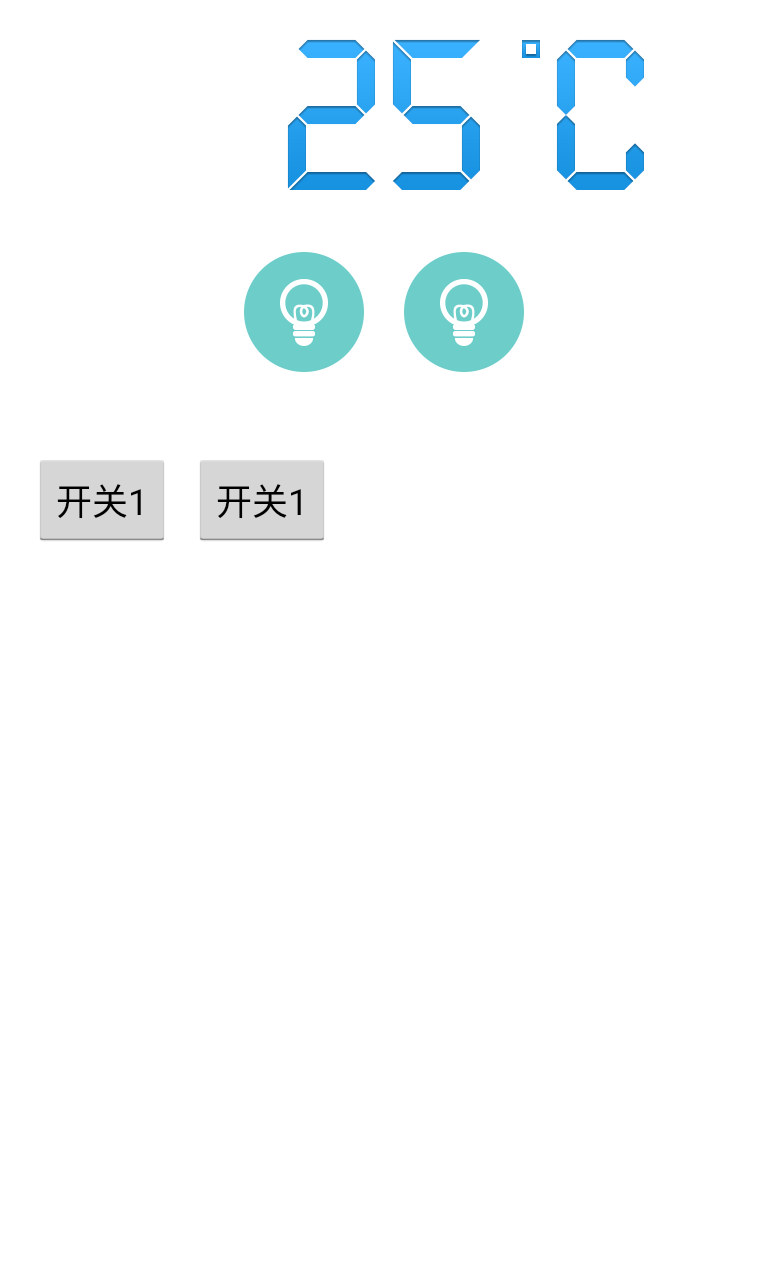
Repository: MyungSinKim/mqtt-demo
Layout: cloud2-demo/res/layout/main.xml
These files come from the project's save history. The layout is drawn as it stood at one moment and after the next save; the edit follows.
It is drawn on a 768 x 1280 px phone screen (xhdpi) without system bars, with theme AppTheme; the app's code is not run.

Above is the layout before, as saved 2015-11-02 05:28:07.

### cloud2-demo/res/layout/main.xml
<RelativeLayout xmlns:android="http://schemas.android.com/apk/res/android"
    android:layout_width="match_parent"
    android:layout_height="match_parent"
    android:layout_gravity="center_horizontal"
    android:paddingBottom="@dimen/activity_vertical_margin"
    android:paddingLeft="@dimen/activity_horizontal_margin"
    android:paddingRight="@dimen/activity_horizontal_margin"
    android:paddingTop="@dimen/activity_vertical_margin" >

    <RelativeLayout
        android:id="@+id/rl1"
        android:layout_width="match_parent"
        android:layout_height="100dp" >

        <ImageView
            android:id="@+id/temperture_iv"
            android:layout_width="wrap_content"
            android:layout_height="wrap_content"
            android:layout_centerHorizontal="true"
            android:background="@drawable/num_25" />

        <ImageView
            android:id="@+id/temperture_unit_iv"
            android:layout_width="wrap_content"
            android:layout_height="wrap_content"
            android:layout_marginLeft="10dp"
            android:layout_toRightOf="@id/temperture_iv"
            android:background="@drawable/air_du" />
    </RelativeLayout>

    <RelativeLayout
        android:id="@+id/rl2"
        android:layout_width="wrap_content"
        android:layout_height="100dp"
        android:layout_below="@+id/rl1"
        android:layout_centerInParent="true" >

        <ImageView
            android:id="@+id/light_1_iv"
            android:layout_width="wrap_content"
            android:layout_height="wrap_content"
            android:layout_marginTop="10dp"
            android:background="@drawable/light_off"
            android:tag="off" />

        <ImageView
            android:id="@+id/light_2_iv"
            android:layout_width="wrap_content"
            android:layout_height="wrap_content"
            android:layout_alignTop="@+id/light_1_iv"
            android:layout_marginLeft="20dp"
            android:layout_toRightOf="@id/light_1_iv"
            android:background="@drawable/light_off"
            android:tag="off" />
    </RelativeLayout>

    <Button
        android:id="@+id/imageButton1"
        android:layout_width="wrap_content"
        android:layout_height="wrap_content"
        android:layout_below="@+id/rl2"
        android:layout_marginTop="10dp"
        android:text="开关1" />

    <Button
        android:id="@+id/imageButton2"
        android:layout_width="wrap_content"
        android:layout_height="wrap_content"
        android:layout_alignTop="@+id/imageButton1"
        android:layout_below="@+id/rl2"
        android:layout_marginLeft="10dp"
        android:layout_toRightOf="@id/imageButton1"
        android:text="开关1" />

</RelativeLayout>

Loaded but not shown: cloud2-demo/res/values/styles.xml (common file); cloud2-demo/res/values-v11/styles.xml (common file); cloud2-demo/res/values-v14/styles.xml (common file); cloud2-demo/res/values/dimens.xml (common file)

After the next save:
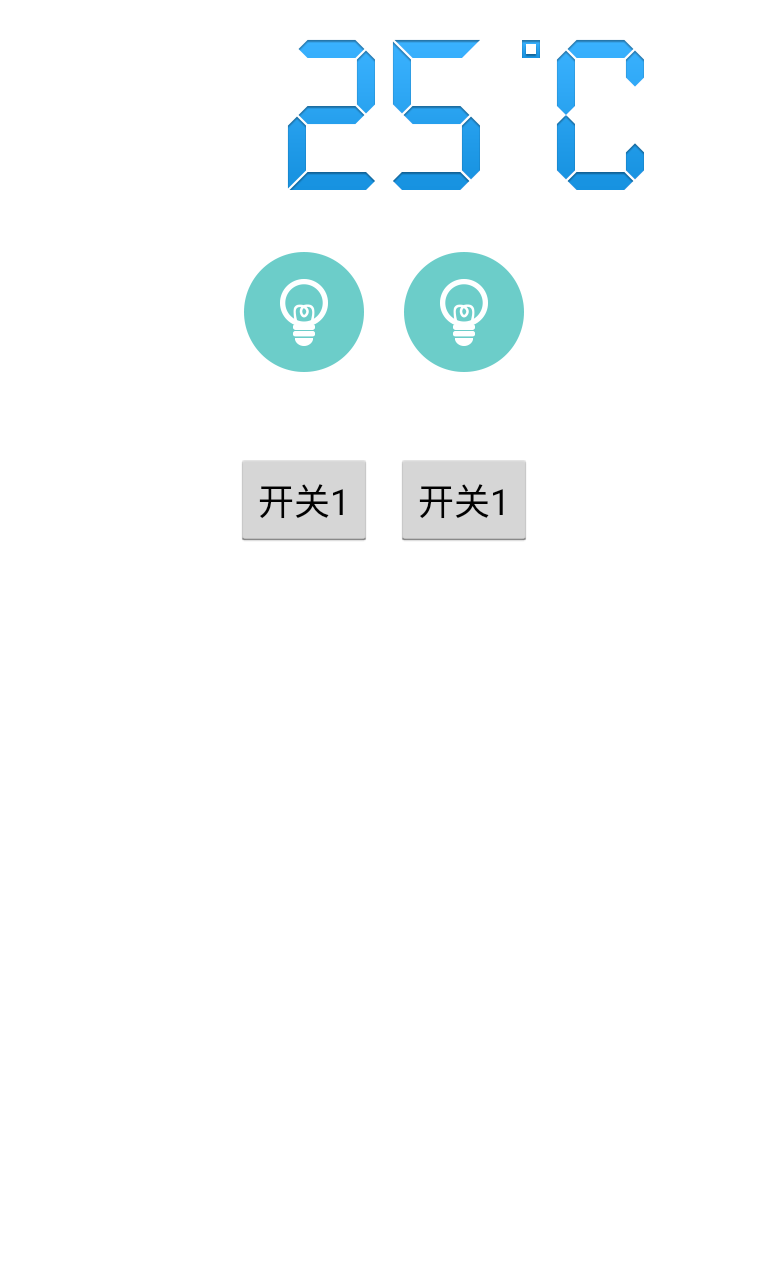
Saved 20 s later.
--- a/cloud2-demo/res/layout/main.xml
+++ b/cloud2-demo/res/layout/main.xml
@@ -54,6 +54,12 @@
             android:tag="off" />
     </RelativeLayout>
 
+    <RelativeLayout
+        android:id="@+id/rl3"
+        android:layout_width="wrap_content"
+        android:layout_height="100dp"
+        android:layout_below="@+id/rl2"
+        android:layout_centerInParent="true" >
     <Button
         android:id="@+id/imageButton1"
         android:layout_width="wrap_content"
